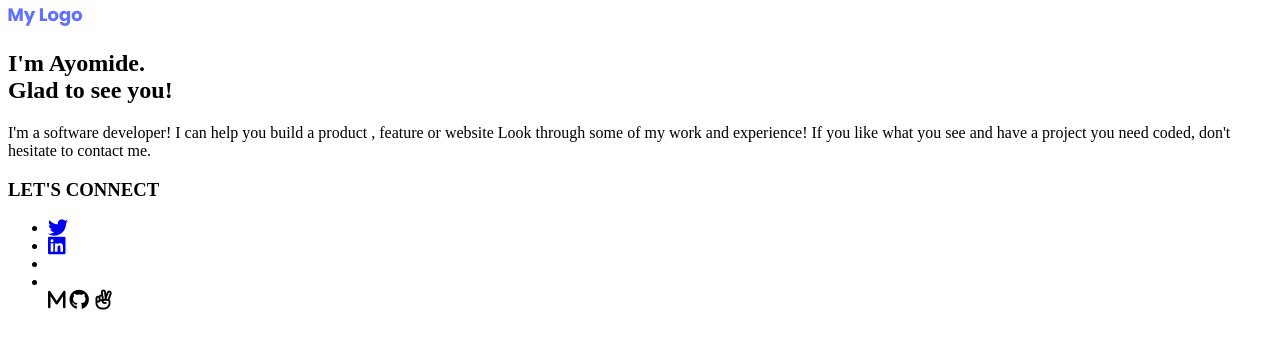
Repository: Paulinelali/microverse-personal-portfolio
Page: index.html
These files come from the project's save history. The page is drawn as it stood at one moment and after a run of saves; the edit follows.
The browser window is 1280 px wide. The pictures show the whole page.
Some web libraries are served in a nearby version.

Above is the page before, as saved 2023-04-28 00:53:41.

After the next 2 saves:
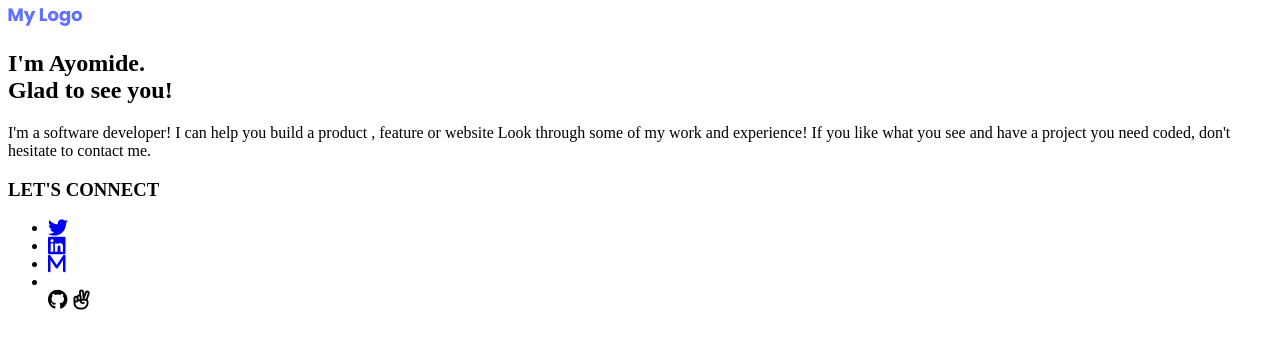
The 2 saves are shown as one change because they came seconds apart.
The last was saved 9 s later.
--- a/index.html
+++ b/index.html
@@ -38,10 +38,10 @@
                 <ul class="social-icons">
                     <li><a href="#"><i class="fa-brands fa-twitter fa-lg"></i></a></li>
                     <li><a href="#"><i class="fa-brands fa-linkedin fa-lg"></i></a></li>
-                    <li><a href="#"></a></li>
+                    <li><a href="#"><i class="fa-solid fa-m fa-lg"></i></a></li>
                     <li><a href="#"></a></li>
 
-                    <i class="fa-solid fa-m fa-lg"></i>
+
                     <i class="fa-brands fa-github fa-lg"></i>
                     <i class="fa-regular fa-hand-peace fa-flip-horizontal fa-lg"></i>
                 </ul>
